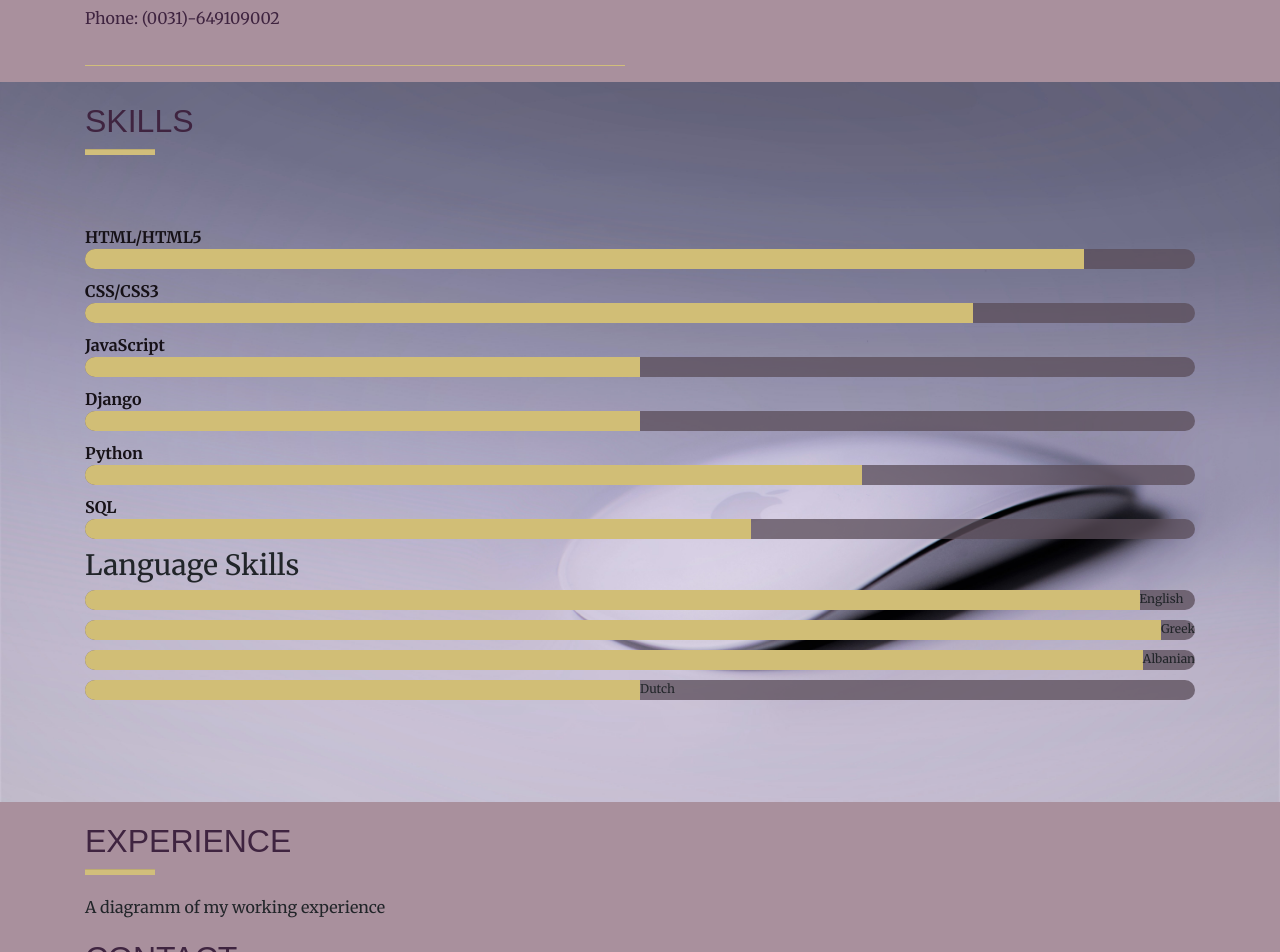
Repository: edshuli/Portfolio
Page: index.html
The author's editor kept a record of every edit. The page is drawn from the files as they stood at one moment, then again after the next edit.
The browser window is 1280 px wide. The pictures show the part of the page from y = 1126 to 2078 px (the page is 2177 px tall).
Backgrounds fixed to the window are drawn as part of the page. Some web fonts or font styles are not loaded; a fallback is used.

Above is the page before.

### index.html
<!DOCTYPE html>
<html lang="en">

<head>
    <meta charset="UTF-8">
    <meta name="viewport" content="width=device-width, initial-scale=1.0">
    <meta http-equiv="X-UA-Compatible" content="ie=edge">
    <link rel="stylesheet" href="https://stackpath.bootstrapcdn.com/bootstrap/4.3.1/css/bootstrap.min.css" type="text/css" />
    <link rel="stylesheet" href="https://stackpath.bootstrapcdn.com/font-awesome/4.7.0/css/font-awesome.min.css" type="text/css" />
    <link rel="stylesheet" href="https://cdnjs.cloudflare.com/ajax/libs/hover.css/2.3.1/css/hover-min.css" type="text/css" />
    <link rel="stylesheet" href="assets/css/style.css" type="text/css" />
    <title>Edna Shuli - Full Stack Web Developer</title>
</head>

<body>

    <div class="container-fluid navbar-menu">
        <div class="row">
            <div class="col-12">
                <!-- NAVBAR -->
                <nav class="navbar navbar-expand-sm fixed-top navbar-light ">
                    <a href="index.html" class="navbar-brand"><i class="fa fa-home" aria-hidden="true"></i>Ed.Sh</a>
                    <button class="navbar-toggler" type="button" data-toggle="collapse" data-target="#menuDropdown" aria-controls="menuDropdown" aria-expanded="false" aria-label="Toggle navigation">
           <span class="navbar-toggler-icon"></span>
       </button>

                    <div id="menuDropdown" class="navbar-collapse collapse">
                        <ul class="navbar-nav mr-auto">
                            <li><a class="nav-link text-uppercase" href="#">about</a></li>
                            <li><a class="nav-link text-uppercase" href="#">skills</a></li>
                            <li><a class="nav-link text-uppercase" href="#">work</a></li>
                            <li><a class="nav-link text-uppercase" href="#">education</a></li>
                            <li><a class="nav-link text-uppercase" href="#">contact</a></li>
                            <li><a class="nav-link text-uppercase" href="#">cv</a></li>
                        </ul>
                    </div>
            </div>
        </div>
        </nav>
    </div>
    <div class="container-fluid homepage-container ">
        <div class="row">
            <div class="col">
                <div class="jumbotron ">
                    <h1 class="header">Hi! I'm </br><span class="name">
            Edna Shuli</span></h1>
                    <p class="title">Full Stack Web Developer</p>
                </div>
            </div>
        </div>
    </div>



    <!-- ABOUT ME -->
    <section class="aboutme">
        <div class="container aboutme-container">
            <div class="row">
                <div class="col-md-6">
                    <div class="personal-info">
                        <h2 class="uppercase">Personal Info</h2>
                        <hr class="title-divider">
                        <ul>
                            <li>Name: Edna Shuli</li>
                            <li>Email: <a href="mailto:edna_shhuli@hotmail.gr">edna_shuli@hotmail.gr</a></li>
                            <li>Address: Linnaeusstraat 35F, Amsterdam The Netherlands</li>
                            <li>Phone: (0031)-649109002</li>
                        </ul>
                    </div>
                </div>
                <div class="col-md-6">
                    <h2 class="text-uppercase">About</h2>
                    <hr class="title-divider">
                    <div class="aboutmeitem">
                        <p>Lorem ipsum dolor sit amet, consectetuer adipiscing elit, sed diam nonummy nibh euismod tincidunt ut laoreet dolore magna aliquam erat volutpat. Ut wisi enim ad minim veniam, quis nostrud exerci tation ullamcorper suscipit lobortis
                            nisl ut aliquip ex ea commodo consequat. Duis autem vel eum iriure dolor in hendrerit in vulputate velit esse molestie consequat, vel illum dolore eu feugiat nulla facilisis at vero eros et accumsan et iusto odio dignissim
                        </p>
                    </div>
                    <button class="btn">Download CV!</button>
                </div>
            </div>
        </div>
    </section>



    <!-- Skills -->

    <section class="skills">
        <div class="container skills-container">
            <div class="row">
                <div class="col">
                    <h2 class="text-uppercase">Skills</h2>
                    <hr class="title-divider">
                </div>
            </div>
            <div class="skills-item-container">
                <div class="row ">
                    <div class="col">
                        <div class="skill-item-desc">HTML/HTML5</div>
                        <div class="progress">
                            <div class="progress-bar" role="progressbar" aria-valuenow="90" aria-valuemin="0" aria-valuemax="100" style="width:90%">
                                <span class="sr-only">90% complete</span>
                            </div>
                        </div>
                        <div class="skill-item-desc">CSS/CSS3</div>
                        <div class="progress">
                            <div class="progress-bar" role="progressbar" aria-valuenow="80" aria-valuemin="0" aria-valuemax="100" style="width:80%">
                                <span class="sr-only">80% complete</span>
                            </div>
                        </div>
                        <div class="skill-item-desc">JavaScript</div>
                        <div class="progress">
                            <div class="progress-bar" role="progressbar" aria-valuenow="50" aria-valuemin="0" aria-valuemax="100" style="width:50%">
                                <span class="sr-only">50% complete</span>
                            </div>
                        </div>
                        <div class="skill-item-desc">Django</div>
                        <div class="progress">
                            <div class="progress-bar" role="progressbar" aria-valuenow="50" aria-valuemin="0" aria-valuemax="100" style="width:50%">
                                <span class="sr-only">50% complete</span>
                            </div>
                        </div>
                        <div class="skill-item-desc">Python</div>
                        <div class="progress">
                            <div class="progress-bar" role="progressbar" aria-valuenow="70" aria-valuemin="0" aria-valuemax="100" style="width:70%">
                                <span class="sr-only">70% complete</span>
                            </div>
                        </div>
                        <div class="skill-item-desc">SQL</div>
                        <div class="progress">
                            <div class="progress-bar" role="progressbar" aria-valuenow="60" aria-valuemin="0" aria-valuemax="100" style="width:60%">
                                <span class="sr-only">60% complete</span>
                            </div>
                        </div>
                    </div>
                </div>
            </div>
            <div class="language-container">
                <div class="row">
                    <div class="col">
                        <h3>Language Skills</h3>
                        <div class="progress">
                            <div class="progress-bar" role="progressbar" aria-valuenow="95" aria-valuemin="0" aria-valuemax="100" style="width:95%">
                                <span class="sr-only">95% complete</span>
                            </div>
                            <span class="progress-item">English</span>
                        </div>
                        <div class="progress">
                            <div class="progress-bar" role="progressbar" aria-valuenow="99.5" aria-valuemin="0" aria-valuemax="100" style="width:99.5%">
                                <span class="sr-only">99.5% complete</span>
                            </div>
                            <span class="progress-item">Greek</span>
                        </div>

                        <div class="progress">
                            <div class="progress-bar" role="progressbar" aria-valuenow="99.5" aria-valuemin="0" aria-valuemax="100" style="width:99.5%">
                                <span class="sr-only">99.5% complete</span>
                            </div>
                            <span class="progress-item">Albanian</span>
                        </div>

                        <div class="progress">
                            <div class="progress-bar" role="progressbar" aria-valuenow="50" aria-valuemin="0" aria-valuemax="100" style="width:50%">
                                <span class="sr-only">50% complete</span>
                            </div>
                            <span class="progress-item">Dutch</span>
                        </div>
                    </div>
                </div>
            </div>
        </div>
    </section>



    <!-- Experience -->
    <div class="container experience-container">
        <section class="experience">
            <h2 class="text-uppercase">Experience</h2>
            <hr class="title-divider">
            <div class="work-history">
                <p>A diagramm of my working experience</p>
            </div>
        </section>
    </div>




    <!-- Contact -->
    <div class="container contact-container">
        <section class="contact">
            <h2 class="text-uppercase">Contact</h2>
            <hr class="title-divider">
            <div class="contact-info">
                <p>Do you want to work together? Then hurry up and send me an email!!!</p>
            </div>
        </section>
    </div>


    <!-- Download
        <section class="downloadcv">
           <button class="btn">Download CV!</button
        </section>
       -->
    <footer>

    </footer>

    <script src="https://code.jquery.com/jquery-3.3.1.slim.min.js" integrity="sha384-q8i/X+965DzO0rT7abK41JStQIAqVgRVzpbzo5smXKp4YfRvH+8abtTE1Pi6jizo" crossorigin="anonymous"></script>
    <script src="https://cdnjs.cloudflare.com/ajax/libs/popper.js/1.14.7/umd/popper.min.js" integrity="sha384-UO2eT0CpHqdSJQ6hJty5KVphtPhzWj9WO1clHTMGa3JDZwrnQq4sF86dIHNDz0W1" crossorigin="anonymous"></script>
    <script src="https://stackpath.bootstrapcdn.com/bootstrap/4.3.1/js/bootstrap.min.js" integrity="sha384-JjSmVgyd0p3pXB1rRibZUAYoIIy6OrQ6VrjIEaFf/nJGzIxFDsf4x0xIM+B07jRM" crossorigin="anonymous"></script>
</body>


</html>

### assets/css/style.css
@import url('https://fonts.googleapis.com/css?family=Merriweather:100,200,300,400,500,600,700|Playfair+Display:100,200,300,400,500,600,700|Nanum+Gothic:100,200,300,400');

body {
    font-family: "Merriweather", sans-serif;
    background-color: #a9909d;
    width: 100%;
}


/* ------------------------Button/Download--------------------*/

.btn {
    font: 16px "Playfair", sans-serif;
    color: #472e5a;
    margin: 20px 0px;
    padding: 10px 15px;
    border: 2px solid #d1be7b;
    display: inline-block;
}

/*---------------------HOMEPAGE/JUMBOTRON--------------------*/

.homepage-container {
    height: 100vh;
    background: url(../images/logo1.jpg) no-repeat center center fixed;
    -webkit-background-size: cover;
    -moz-background-size: cover;
    -o-background-size: cover;
    background-size: cover;

    display: flex;
    align-items: center;
    justify-content: center;
}



/*------------------------Jumbotron ---------------------*/

.jumbotron {
    background-color: transparent;
    margin-bottom: 0px;
    padding: 150px 700px 50px 0;
}

.header {
    color: #3e2832;
    font-size: 45px;
    font-weight: 300;
    margin-bottom: 10px;
}


.header {
    font-family: "Playfair", sans-serif;
}

span {
    font-family: "Merriweather", sans-serif;
}

.title {
    font-family: "Playfair", sans-serif;
    border-bottom-width: 1px;
    border-bottom-style: solid;
    border-bottom-color: #4f3943;
    border-top-width: 1px;
    border-top-style: solid;
    border-top-color: #4f3943;
    color: #4f3943;
    font-size: 25px;
    font-weight: 300;
    text-transform: uppercase;
    letter-spacing: 1px;
    padding: 15px 0;
}


/*---------------------------------Navbar ------------*/

.navbar {
    background-color: rgba(0, 0, 0, 0.7);
    overflow: hidden;
    position: fixed;

}

.navbar-menu {
    padding-left: 0;
    padding-right: 0;

}

.navbar-light .navbar-brand {
    letter-spacing: 1px;
    color: #d1be7b;
    font-size: 20px;
    font-weight: bold;

}

.navbar .navbar-nav a {
    font-weight: bold;
    color: #d1be7b;
    letter-spacing: 1px;
    text-decoration: none;
}

.navbar-light .navbar-nav .nav-link {
    color: #d1be7b;
}

.fa-home {
    color: #d1be7b;
}



/*-----------For mobile ------------*/

.navbar-collapse {
    text-align: right;
    display: block;
}

.navbar-toggler {
    line-height: 1;
    background-color: #f8f9fa7a;
    border: 1px solid #fafaf8;
    border-radius: .25rem;
}

/*----------------------------TITLES/HEADERS----------------------------*/

h2 {
    font-family: "Nanum+Gothic", sans-serif;
    color: #3f2440;
    background-color: transparent;
    margin-top: 20px;
}

.title-divider {
    width: 70px;
    height: 5px;
    background-color: #d1be7b;
    margin: 0 0 20px 0;
}

/*--------------------------ABOUT ME-------------------*/

/*.aboutme-container {
     height: 100vh;
    background: url(../images/aboutmelogos/logo-aboutme.jpg) no-repeat center center fixed;
    -webkit-background-size: cover;
    -moz-background-size: cover;
    -o-background-size: cover;
    background-size: cover;
}*/

.aboutme{
    width:100vw;

}

a {
    text-decoration: none;
    color: #3f2440;
}

ul {
    padding: 0;
}

.personal-info ul li {
    border-bottom: 1px solid #d1be7b;
    padding: 35px 0;
    list-style: none;
    color: #3f2440;

}




/*--------------------------------------SKILLS --------*/


.skills-item-container{
    margin-top:50px;
   /* background-color: rgba(225, 225, 225, 0.28);*/
}

.progress {
    background-color: rgba(90, 77, 89, 0.75);
    border-radius: 10px;
    margin-bottom: 10px;
    height: 20px;
}

.progress-bar {
    background-color: #d1be76;
}

.skill-item-desc {
    font-weight: bold;
    color: #161117;
   /* margin:0 0 0 90px;*/
}


.skills {
     height: 100vh;
    background: url(../images/skillslogo/logo3.jpg) no-repeat center center fixed;
    -webkit-background-size: cover;
    -moz-background-size: cover;
    -o-background-size: cover;
    background-size: cover;
    background-color: rgba(225, 225, 225, 0.28);
}


.experience-container {}


.contact-container {}


/*------------------ MEDIA QUERRIES--------------*/

@media (max-width: 576px) {

    .container-fluid {
        font-size: 10px;
    }

    .jumbotron {
        background-color: transparent;
        margin-bottom: 0px;
        padding: 150px 0px 50px 0;
    }
    .navbar-toggler {
        line-height: 1;
        background-color: #f8f9fa7a;
        border: 1px solid #fafaf8;
        border-radius: 0.1rem;
    }

    .header {
        font-size: 30px;
        font-weight: 300;
    }

    .title {
        font-size: 15px;
    }
}

@media (min-width: 576px) and (max-width:768px) {

    .jumbotron {
        background-color: transparent;
        margin-bottom: 0px;
        padding: 150px 0px 50px 0;
    }
}

@media (max-width: 768px) {
    .homepage-container {
        background-attachment: scroll;
        background: url(../images/logo2.jpg) no-repeat center center fixed;
        -webkit-background-size: cover;
        -moz-background-size: cover;
        -o-background-size: cover;
        background-size: cover;
    }
}

After the next edit:
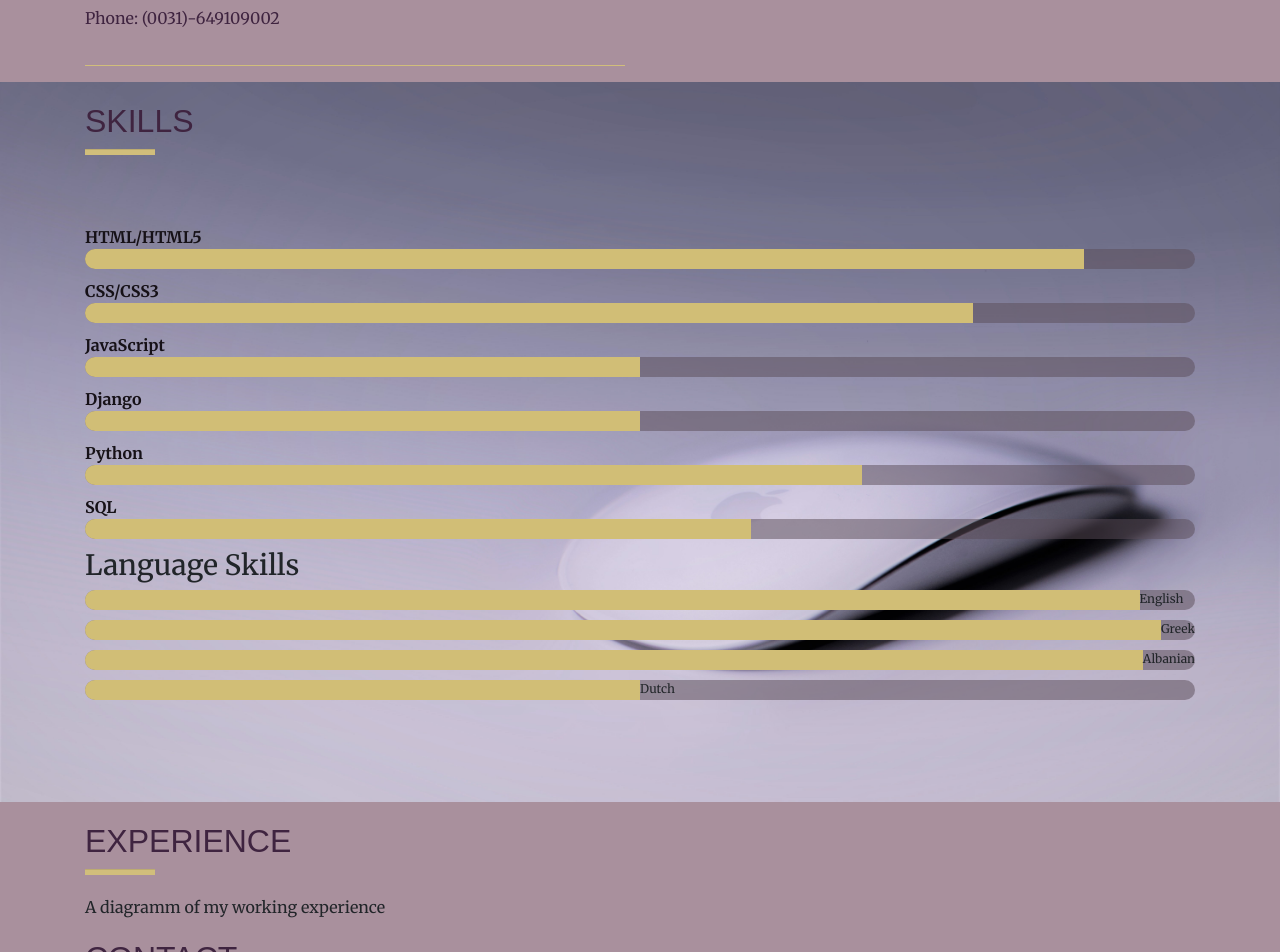
The edit:
--- a/assets/css/style.css
+++ b/assets/css/style.css
@@ -191,7 +191,7 @@
 }
 
 .progress {
-    background-color: rgba(90, 77, 89, 0.75);
+    background-color:rgba(90, 77, 89, 0.51); /*rgba(90, 77, 89, 0.75);*/
     border-radius: 10px;
     margin-bottom: 10px;
     height: 20px;
